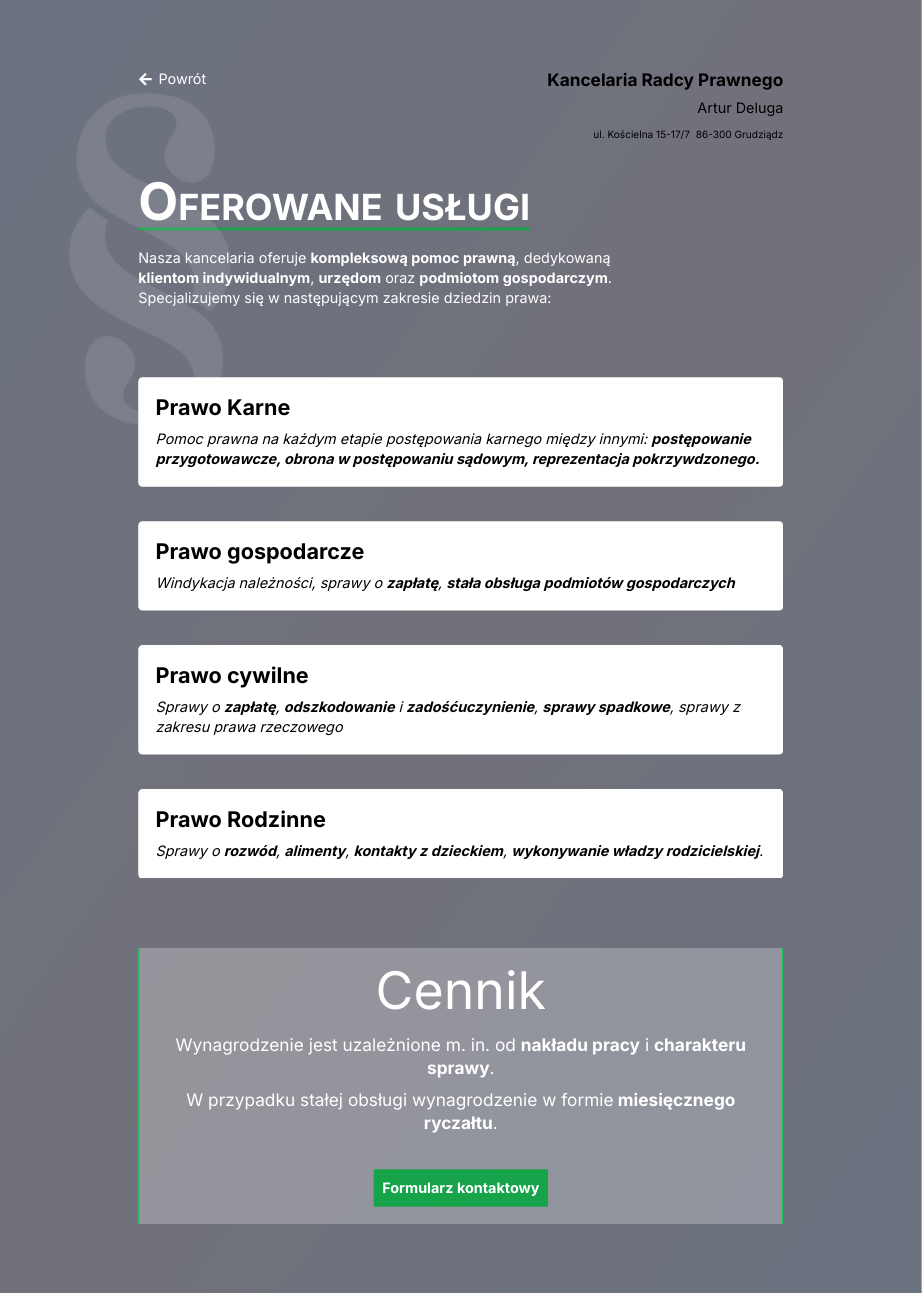
Repository: wesiudev/kancelaria-artur-deluga
Page: /oferta
The author's editor kept a copy of each file at every save. The page is drawn from the files as they stood at one save, then again after the next save.
The browser window is 1280 px wide. The pictures show the whole page, at 72% of full size.
The project was rebuilt for these pictures with package versions that can differ from the ones it lists, and the page was loaded fresh each time. The framework's server and built-in components were replaced by stand-ins that run in the browser. Also part of the build but not shown: next.config.js.

Above is the page before, as saved 2023-08-09 16:53:15.

### app/layout.tsx
import "./globals.css";
import type { Metadata } from "next";
import { Inter } from "next/font/google";

const inter = Inter({ subsets: ["latin"] });

export const metadata: Metadata = {
  title: "Kancelaria Radcy Prawnego Artur Deluga",
  description:
    "Kancelaria Radcy Prawnego Grudziądz Prawo Karne, Pracwo cywilne, Prawo gospodarcze, Prawo Rodzinne. ul. Kościelna 15-17/7 86-300 Grudziądz. Pomoc prawna na każdym etapie postępowania karnego (postępowanie przygotowawcze, obrona w postępowaniu sądowym, reprezentacja pokrzywdzonego, etc.)",
  viewport: "width=device-width, initial-scale=1",
  icons: {
    icon: "/favicon.png",
  },
};

export default function RootLayout({
  children,
}: {
  children: React.ReactNode;
}) {
  return (
    <html lang="pl" className="scroll-smooth ">
      <body className={inter.className}>{children}</body>
    </html>
  );
}

### app/oferta/page.tsx
"use client";
import Image from "next/image";
import paragraphImage from "@/app/assets/paragraph.png";
import Link from "next/link";
import { FaArrowLeft } from "react-icons/fa";
import { useState } from "react";
const sendContactForm = async (data: any) =>
  fetch("/api/mail", {
    method: "POST",
    body: JSON.stringify(data),
    headers: { "Content-Type": "application/json", Accept: "application/json" },
  }).then((res) => {
    if (!res.ok) throw new Error("Failed to send message");
    return res.json();
  });

export default function OfferMobile() {
  const [isContactOpen, setContactOpen] = useState(false);
  const [firstName, setFirstName] = useState<string>("");
  const [email, setEmail] = useState<string>("");
  const [message, setMessage] = useState<string>("");

  const onSubmit = async () => {
    try {
      await sendContactForm({
        firstName: firstName,
        email: email,
        message: message,
      });
    } catch (error) {}
  };
  return (
    <div className="w-full mx-auto z-[2000] bg-gradient-to-br from-gray-500 via-zinc-500 to-gray-500 overflow-x-hidden text-black">
      <Image
        src={paragraphImage}
        alt="Paragraf obrazek w tle"
        width={224}
        height={224}
        className="fixed opacity-10 left-[50%] -translate-x-[50%] lg:-translate-x-0 lg:left-24 top-[50%] -translate-y-[50%]"
      />
      <div className="flex flex-col space-x-[100px] min-h-screen items-center py-24">
        <div className="flex flex-col w-[85vw] lg:w-[70vw] 2xl:w-[60vw] min-h-screen justify-center ">
          <div className="flex flex-col justify-between w-full">
            <div className="flex flex-row justify-between">
              <div className="w-1/2">
                <Link
                  className="group flex flex-row items-center mb-12 text-xl w-max text-white"
                  href="/"
                >
                  <FaArrowLeft className="mr-2 " />
                  <span className="hover:underline hover:underline-offset-4">
                    {" "}
                    Powrót
                  </span>
                </Link>
              </div>
              <div>
                <h1 className="text-xl lg:text-2xl text-right sm:text-left font-bold">
                  Kancelaria Radcy Prawnego
                </h1>
                <div className="w-full flex justify-end">
                  <h2 className="text-xl mb-12 lg:mb-0 mt-2">Artur Deluga</h2>
                </div>
                <div
                  className={` flex-row space-x-2 text-sm justify-end mt-3 mb-12 hidden lg:flex`}
                >
                  <div>ul. Kościelna 15-17/7</div>
                  <div>86-300 Grudziądz</div>
                </div>
              </div>
            </div>

            <div className=" rounded-2xl  text-white">
              <div className="w-max">
                <h1 className="w-max text-4xl md:text-5xl lg:text-7xl text-white caps font-bold">
                  Oferowane usługi
                </h1>
                <div className="h-1 w-full mb-6 bg-green-600" />
              </div>

              <h2 className="text-left text-xl w-full lg:w-3/4 ">
                Nasza kancelaria oferuje{" "}
                <span className="font-bold"> kompleksową pomoc prawną</span>,
                dedykowaną{" "}
                <span className="font-bold">klientom indywidualnym</span>,{" "}
                <span className="font-bold">urzędom</span> oraz{" "}
                <span className="font-bold">podmiotom gospodarczym</span>.
                Specjalizujemy się w następującym zakresie dziedzin prawa:
              </h2>
            </div>
          </div>
          <div className="relative text-black flex flex-col space-y-12 mt-24">
            <div className="max-h-[50vh] border-0 hover:scale-105 duration-300 hover:bg-opacity-100 cursor-default  rounded-md bg-white  flex flex-col p-6 justify-between">
              <h1 className="text-xl lg:text-3xl font-bold">Prawo Karne</h1>
              <p className="text-sm sm:text-xl mt-3 italic">
                Pomoc prawna na każdym etapie postępowania karnego między
                innymi:{" "}
                <span className="font-bold">
                  postępowanie przygotowawcze, obrona w postępowaniu sądowym,
                  reprezentacja pokrzywdzonego.
                </span>
              </p>
            </div>
            <div className="max-h-[50vh] border-0 hover:scale-105 duration-300 hover:bg-opacity-100 cursor-default  rounded-md bg-white  flex flex-col justify-between p-6">
              <h1 className="text-xl lg:text-3xl font-bold">
                Prawo gospodarcze
              </h1>
              <p className="text-sm sm:text-xl mt-3 italic">
                Windykacja należności, sprawy o{" "}
                <span className="font-bold">zapłatę</span>,{" "}
                <span className="font-bold">
                  stała obsługa podmiotów gospodarczych
                </span>
              </p>
            </div>

            <div className="max-h-[50vh] border-0 hover:scale-105 duration-300 hover:bg-opacity-100 cursor-default rounded-md bg-white  flex flex-col p-6 justify-between">
              <h1 className="text-xl lg:text-3xl font-bold">Prawo cywilne</h1>
              <p className="text-sm sm:text-xl mt-3 italic">
                Sprawy o <span className="font-bold">zapłatę</span>,{" "}
                <span className="font-bold">odszkodowanie</span> i{" "}
                <span className="font-bold">zadośćuczynienie</span>,{" "}
                <span className="font-bold">sprawy spadkowe</span>, sprawy z
                zakresu prawa rzeczowego
              </p>
            </div>
            <div className="max-h-[50vh] border-0 hover:scale-105 duration-300 hover:bg-opacity-100 cursor-default rounded-md  bg-white  flex flex-col p-6 justify-between">
              <h1 className="text-xl lg:text-3xl font-bold">Prawo Rodzinne</h1>
              <p className="text-sm sm:text-xl mt-3 italic">
                Sprawy o <span className="font-bold">rozwód</span>,{" "}
                <span className="font-bold">alimenty</span>,{" "}
                <span className="font-bold">kontakty z dzieckiem</span>,{" "}
                <span className="font-bold">
                  wykonywanie władzy rodzicielskiej
                </span>
                .
              </p>
            </div>
          </div>
          <div className="text-white flex flex-col h-max my-auto px-3 lg:px-12  text-center relative w-full mt-12  lg:mx-auto lg:mt-24 border-l-2 border-r-2 border-green-500 py-3 lg:py-6 bg-white bg-opacity-25">
            <h1 className="text-5xl lg:text-7xl ">Cennik</h1>
            <p className="mt-6 text-base lg:text-2xl">
              Wynagrodzenie jest uzależnione m. in. od{" "}
              <span className="font-bold"> nakładu pracy</span> i{" "}
              <span className="font-bold">charakteru sprawy</span>.
            </p>
            <p className="mt-3 text-sm lg:text-2xl">
              W przypadku stałej obsługi wynagrodzenie w formie
              <span className="font-bold"> miesięcznego ryczałtu</span>.
            </p>
            <button
              onClick={() => setContactOpen(true)}
              className=" p-3 bg-green-600 hover:bg-green-500 duration-300 mt-12 w-max mx-auto  text-xl text-white font-bold"
            >
              Formularz kontaktowy
            </button>
          </div>
          <div
            className={`bg-gray-400 rounded-full flex-row space-x-2 text-sm justify-center mt-24 flex lg:hidden z-[1000]`}
          >
            <div>ul. Kościelna 15-17/7</div>
            <div>86-300 Grudziądz</div>
          </div>
        </div>
      </div>
      <div
        className={`w-[80vw] fixed left-[50%] -translate-x-[50%] top-[50%] -translate-y-[50%] bg-gradient-to-bl from-black to-zinc-800 lg:w-max h-max px-12 rounded-3xl py-6 duration-300 ${
          isContactOpen ? "z-[2000] opacity-100" : "z-[-1000] opacity-0"
        }`}
      >
        <h1 className="text-3xl text-center">Kontakt</h1>

        <div className="flex flex-col space-y-3 mt-6 lg:mt-12">
          <div className="flex flex-col lg:flex-row lg:space-x-3">
            <div className="flex flex-col">
              Imię{" "}
              <input
                onChange={(e) => setFirstName(e.target.value)}
                value={firstName}
                id="fName"
                type="text"
                className="mt-2 text-black"
              />
            </div>
            <div className="flex flex-col mt-3 lg:mt-0">
              Email{" "}
              <input
                onChange={(e) => setEmail(e.target.value)}
                value={email}
                type="text"
                className="mt-2 text-black"
              />
            </div>
          </div>
          <div className="flex flex-col mt-2">
            Treść{" "}
            <textarea
              onChange={(e) => setMessage(e.target.value)}
              value={message}
              className="h-full resize-none text-black"
            ></textarea>
          </div>
        </div>
        <div className="w-full flex space-x-3">
          <button
            onClick={() => setContactOpen(false)}
            className="w-1/2 hover:underline py-2 mt-8"
          >
            Powrót
          </button>
          <button
            onClick={onSubmit}
            className="w-1/2 bg-purple-400 hover:bg-purple-300 duration-300 py-2 mt-8"
          >
            Wyślij
          </button>
        </div>
      </div>
    </div>
  );
}

### app/globals.css
@tailwind base;
@tailwind components;
@tailwind utilities;

:root {
  --foreground-rgb: 0, 0, 0;
  --background-start-rgb: 214, 219, 220;
  --background-end-rgb: 255, 255, 255;
}

@media (prefers-color-scheme: dark) {
  :root {
    --foreground-rgb: 255, 255, 255;
    --background-start-rgb: 0, 0, 0;
    --background-end-rgb: 0, 0, 0;
  }
}

body {
  color: rgb(var(--foreground-rgb));
  background: linear-gradient(
      to bottom,
      transparent,
      rgb(var(--background-end-rgb))
    )
    rgb(var(--background-start-rgb));
}

.expand {
  position: relative;
  text-decoration: none;
  display: inline-block;
}
.expand:after {
  display: block;
  content: "";
  border-bottom: solid 3px white;
  transform: scaleX(0);
  transition: transform 250ms ease-in-out;
  transform-origin: 100% 50%;
}
.expand:hover:after {
  transform: scaleX(1);
  transform-origin: 0 50%;
}

.caps {
  font-variant: small-caps;
}
html {
  scroll-behavior: smooth;
  color: #1a1a1a;
}

Loaded but not shown: tailwind.config.js (common file)

After the next save:
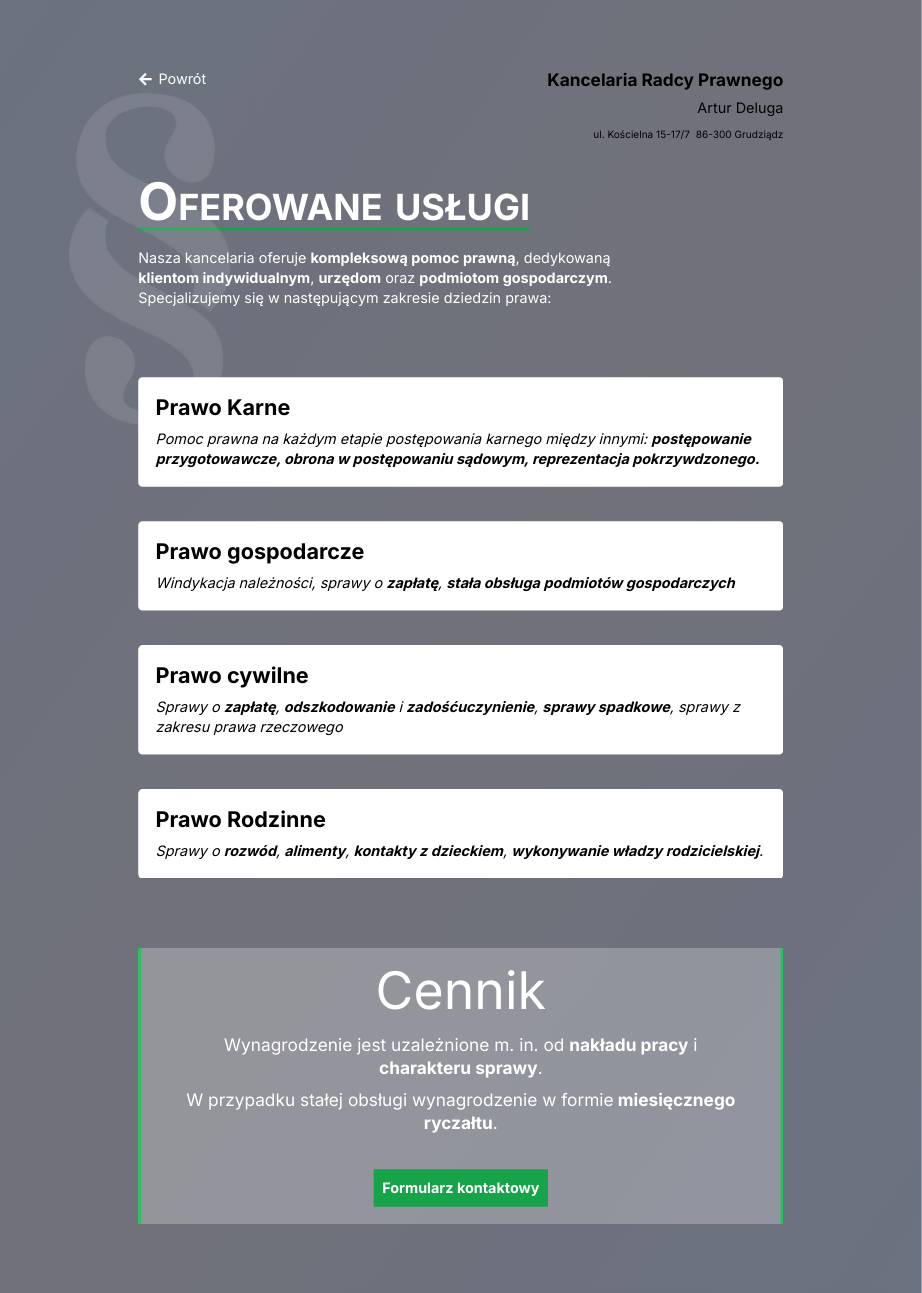
Saved 11 s later.
--- a/app/oferta/page.tsx
+++ b/app/oferta/page.tsx
@@ -137,7 +137,7 @@ export default function OfferMobile() {
               </p>
             </div>
           </div>
-          <div className="text-white flex flex-col h-max my-auto px-3 lg:px-12  text-center relative w-full mt-12  lg:mx-auto lg:mt-24 border-l-2 border-r-2 border-green-500 py-3 lg:py-6 bg-white bg-opacity-25">
+          <div className="text-white flex flex-col h-max my-auto px-3 lg:px-12  text-center relative w-full mt-12  lg:mx-auto lg:mt-24 border-l-4 border-r-4 border-green-500 py-3 lg:py-6 bg-white bg-opacity-25">
             <h1 className="text-5xl lg:text-7xl ">Cennik</h1>
             <p className="mt-6 text-base lg:text-2xl">
               Wynagrodzenie jest uzależnione m. in. od{" "}
